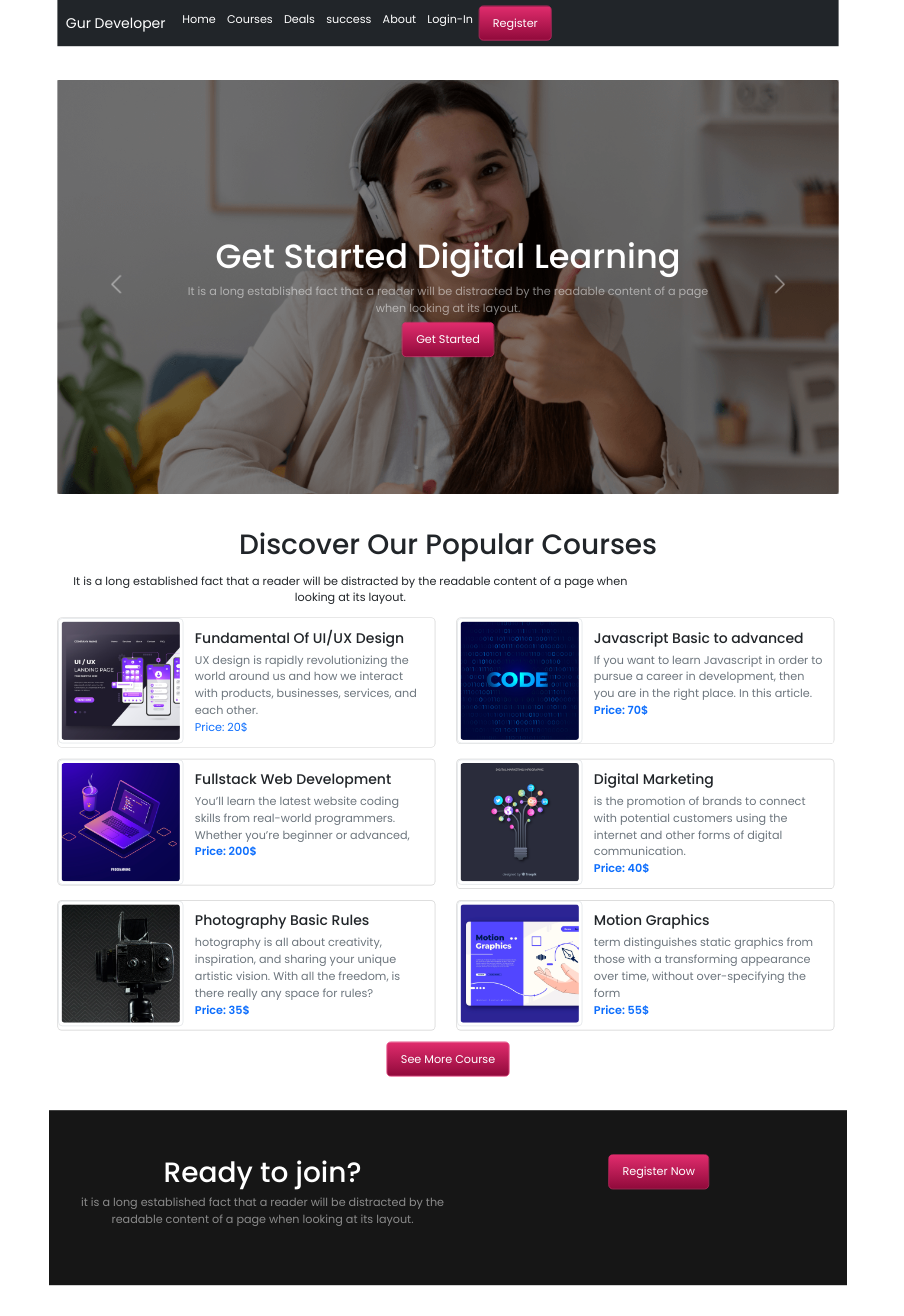
Repository: mdrubel02/Guru-Developer
Page: index.html
The author's editor kept a copy of each file at every save. The page is drawn from the files as they stood at one save, then again after the next save.
The browser window is 1280 px wide. The page is 1292 px wide, so the pictures cover 1292 px, including what lies to the right of the window. The pictures show the part of the page from y = 0 to 1880 px (the page is 3458 px tall), at 70% of full size.
Some web libraries are served in a nearby version.

Above is the page before, as saved 2022-07-28 15:15:04.

After the next save:
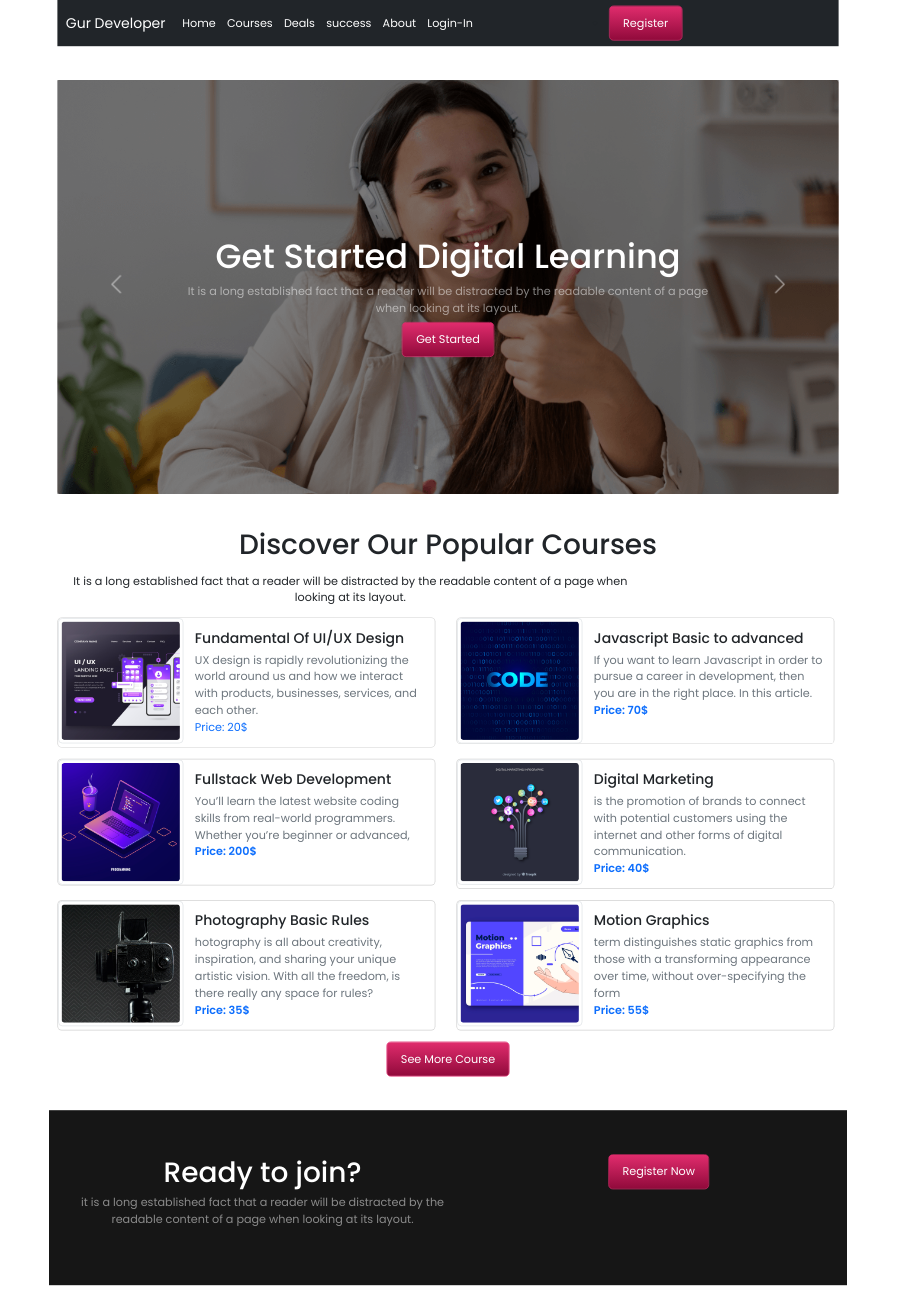
Saved 2 min 3 s later.
--- a/index.html
+++ b/index.html
@@ -48,13 +48,15 @@
                         <li class="nav-item">
                             <a class="nav-link text-white" href="#">Login-In</a>
                         </li>
-                        <li class="nav-item">
-                            <a class="me-5 button" href="#">Register</a>
-                        </li>
-
-                </div>
-
-
+
+
+                </div>
+
+                <div class="collapse navbar-collapse" id="navbarSupportedContent">
+                    <li class="nav-item">
+                        <a class="me-5 button" href="#">Register</a>
+                    </li>
+                </div>
 
             </div>
         </nav>
